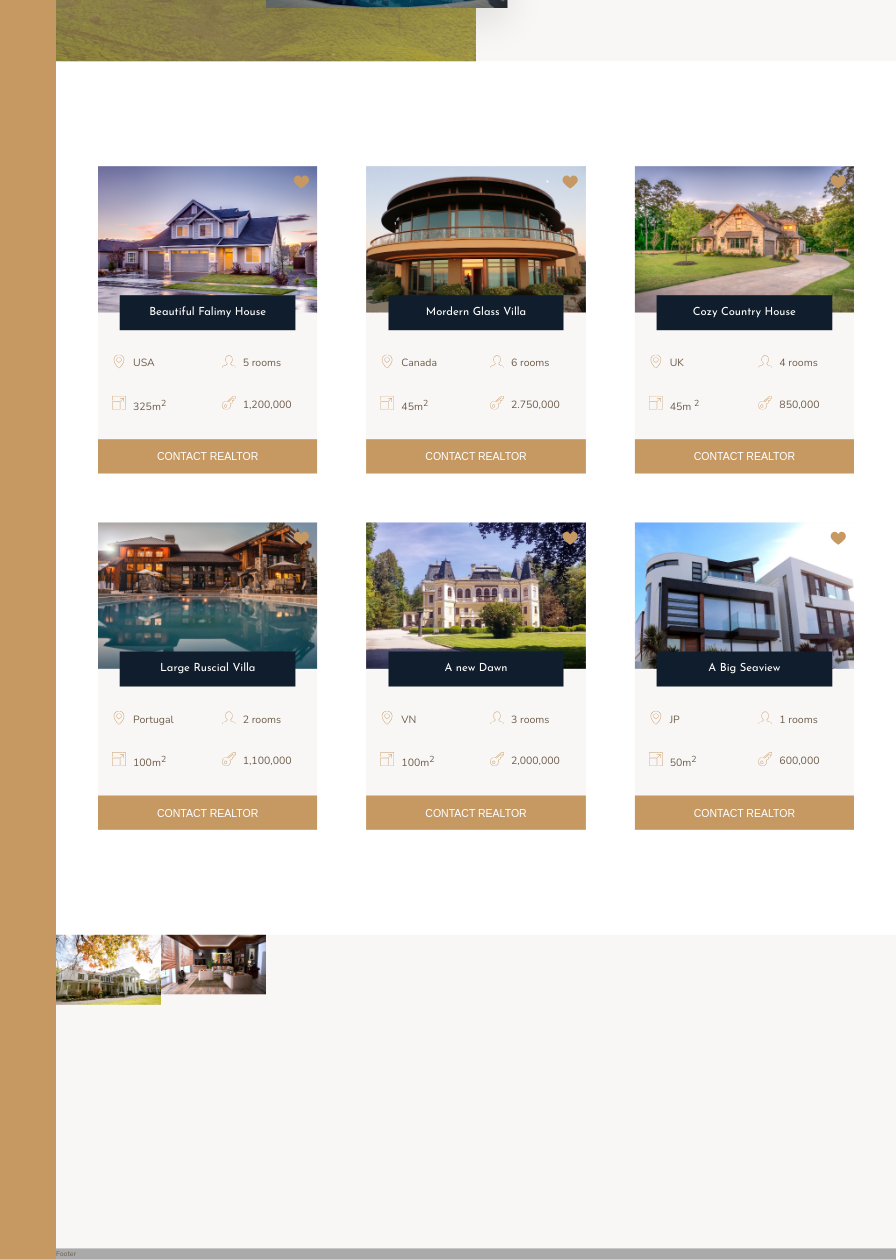
Repository: m2pd/your-home
Page: index.html
These files come from the project's save history. The page is drawn as it stood at one moment and after the next save; the edit follows.
The browser window is 1280 px wide. The pictures show the part of the page from y = 1668 to 3588 px (the page is 3468 px tall before and 3588 px after), at 70% of full size.
The style sheet was rebuilt from its Sass, Less or Tailwind sources for each picture, by a compiler version that may differ from the author's.

Above is the page before, as saved 2020-03-05 17:00:00.

After the next save:
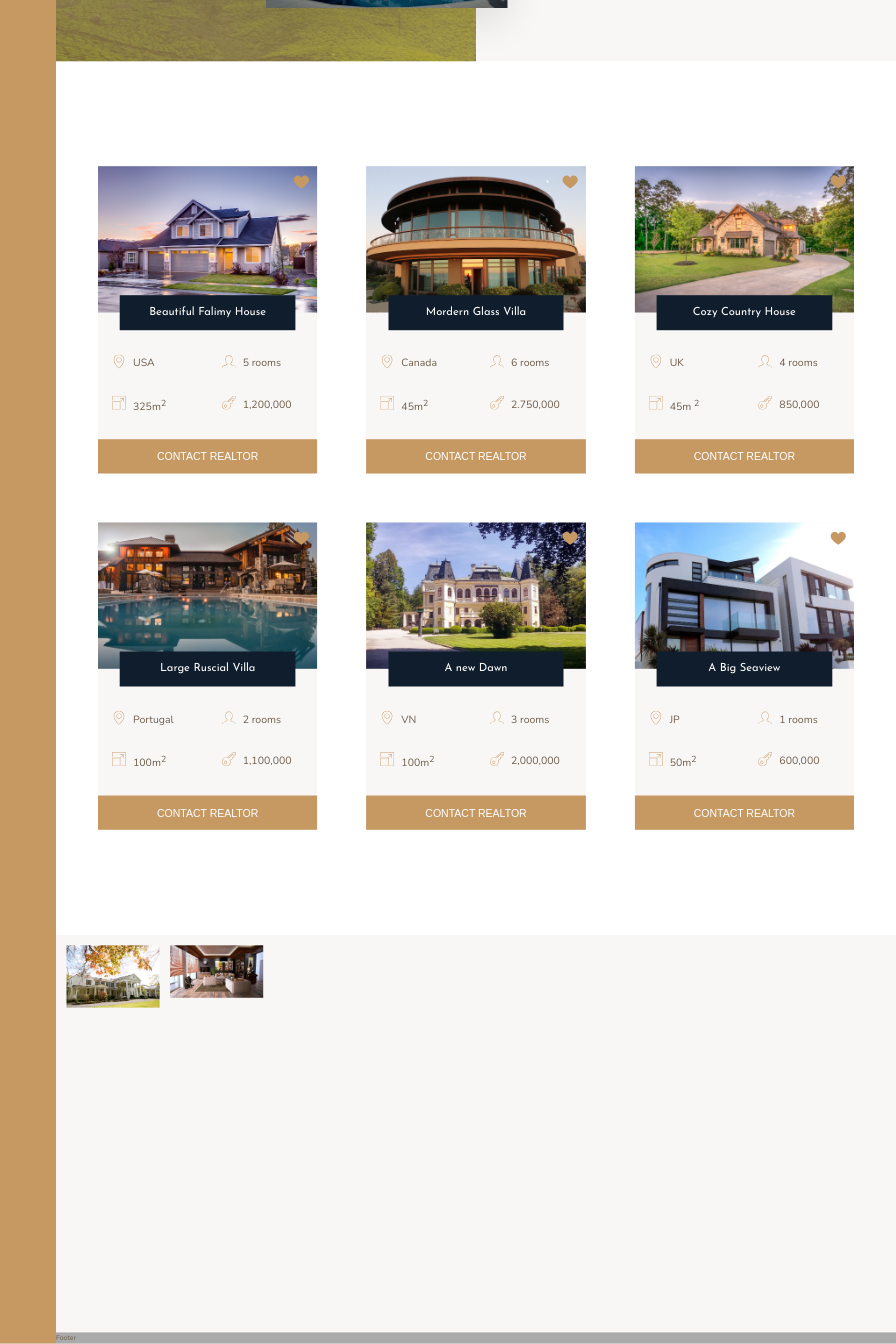
Saved 26 min 20 s later.
--- a/sass/_gallery.scss
+++ b/sass/_gallery.scss
@@ -5,7 +5,8 @@
     display: grid;
     grid-template-columns: repeat(8, 1fr);
     grid-template-rows: repeat(7, 5vw);
-
+    grid-gap: 1.5rem;
+    padding: 1.5rem;
 
     &__img{
         width:100%;
